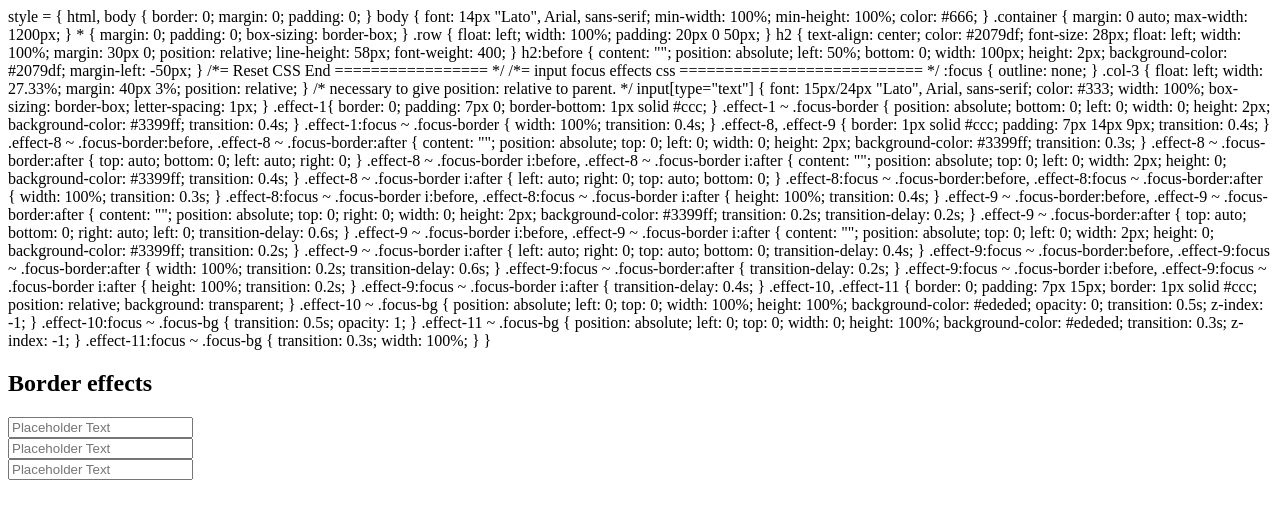
Repository: EmmanuelKeifala/Hackathon
Page: http://localhost/upload/
These files come from the project's save history. The page is drawn as it stood at one moment and after the next save; the edit follows.
The browser window is 1280 px wide. The pictures show the whole page.
The page is served by the project's application, run on Django 3.2 (manage.py).

Above is the page before, as saved 2022-10-29 02:48:56.

After the next save:
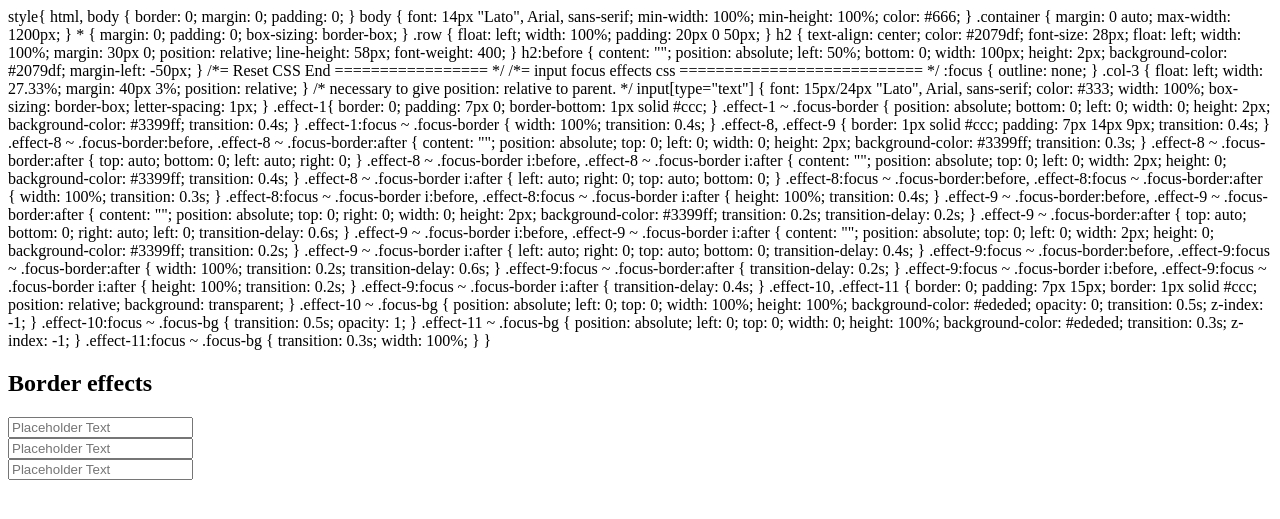
Saved 21 s later.
--- a/users/templates/users/upload.html
+++ b/users/templates/users/upload.html
@@ -17,9 +17,9 @@
   </ul>
   <input type="submit" value="Send Data to DataBase" />
 </form>
-{% endcomment %} style = { html, body { border: 0; margin: 0; padding: 0; } body
-{ font: 14px "Lato", Arial, sans-serif; min-width: 100%; min-height: 100%;
-color: #666; } .container { margin: 0 auto; max-width: 1200px; } * { margin: 0;
+{% endcomment %} style{ html, body { border: 0; margin: 0; padding: 0; } body {
+font: 14px "Lato", Arial, sans-serif; min-width: 100%; min-height: 100%; color:
+#666; } .container { margin: 0 auto; max-width: 1200px; } * { margin: 0;
 padding: 0; box-sizing: border-box; } .row { float: left; width: 100%; padding:
 20px 0 50px; } h2 { text-align: center; color: #2079df; font-size: 28px; float:
 left; width: 100%; margin: 30px 0; position: relative; line-height: 58px;
